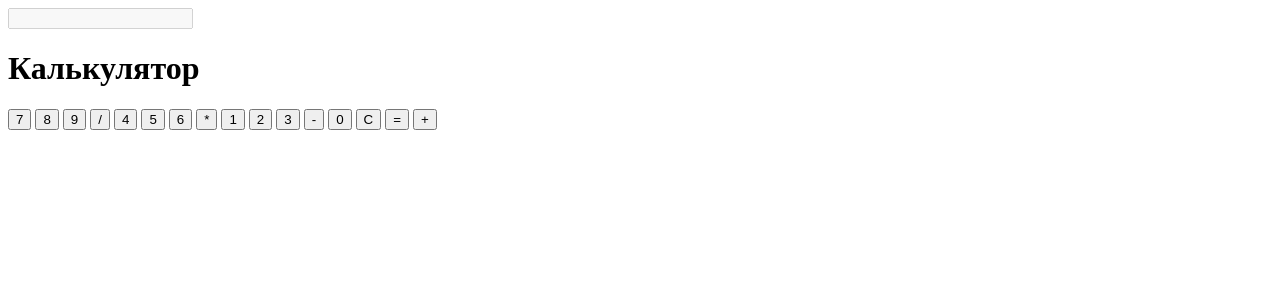
Repository: Burnmyheart/calculator
Page: index.html
These files come from the project's save history. The page is drawn as it stood at one moment and after the next save; the edit follows.
The browser window is 1280 px wide. The pictures show the whole page.

Above is the page before, as saved 2025-04-28 18:39:34.

After the next save:
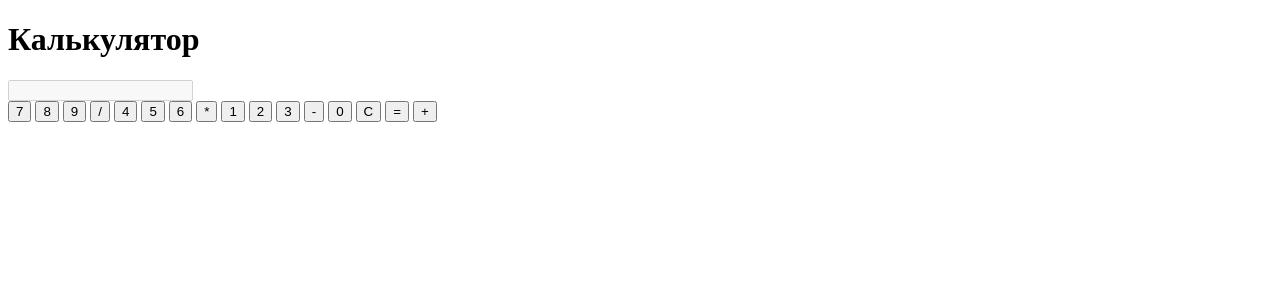
Saved 23 s later.
--- a/index.html
+++ b/index.html
@@ -6,8 +6,9 @@
     <title>Document</title>
   </head>
   <body>
+    <h1>Калькулятор</h1>
     <input type="text" id="display" disabled />
-    <h1>Калькулятор</h1>
+
     <div class="buttons">
       <button onclick="appendNumber('7')">7</button>
       <button onclick="appendNumber('8')">8</button>
